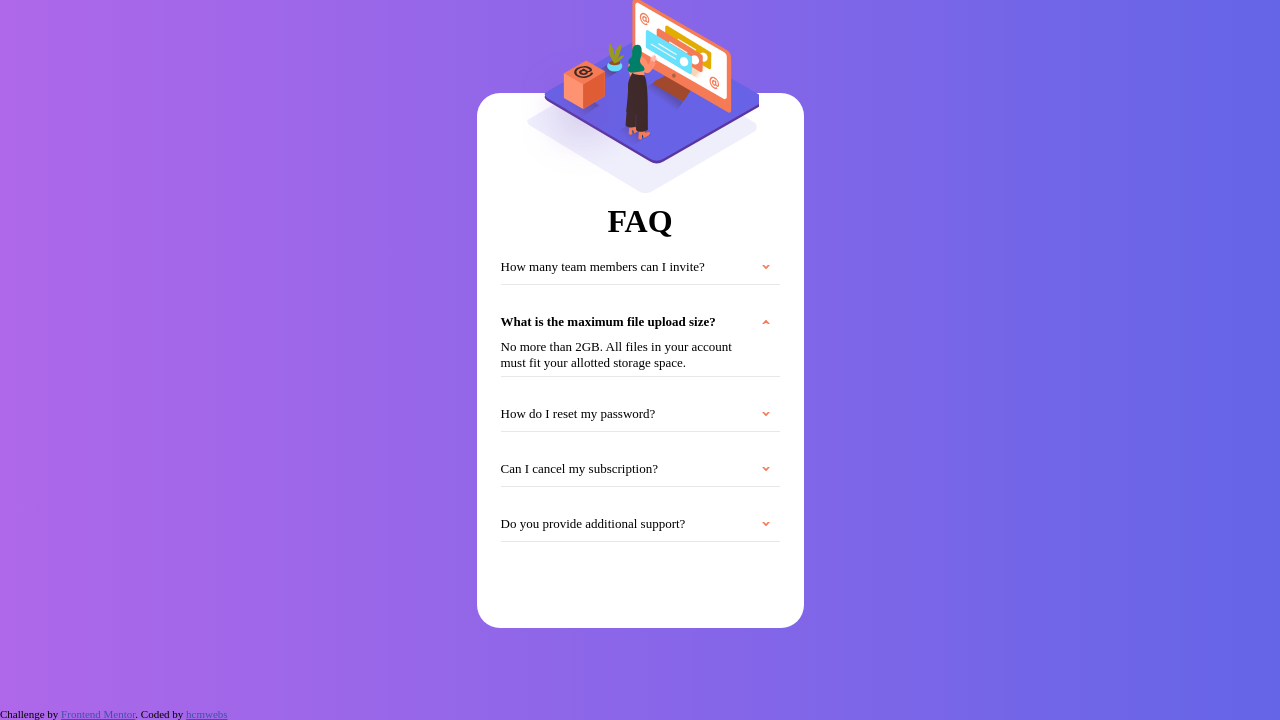
Repository: Hcmwebs/faq-accordion-card
Page: index.html
These files come from the project's save history. The page is drawn as it stood at one moment and after the next save; the edit follows.
The browser window is 1280 px wide. The pictures show the whole page.
The style sheet was rebuilt from its Sass, Less or Tailwind sources for each picture, by a compiler version that may differ from the author's.

Above is the page before, as saved 2020-11-06 12:53:20.

### index.html
<!DOCTYPE html>
<html lang="en">
  <head>
    <meta charset="UTF-8" />
    <meta name="viewport" content="width=device-width, initial-scale=1.0" />
    <!-- displays site properly based on user's device -->

    <link
      rel="icon"
      type="image/png"
      sizes="32x32"
      href="./images/favicon-32x32.png"
    />
    <link rel="stylesheet" href="css/main.min.css" />

    <title>Frontend Mentor | FAQ Accordion Card</title>

    <!-- Feel free to remove these styles or customise in your own stylesheet 👍 -->
    <style></style>
  </head>
  <body>
    <div class="container">
      <div class="card">
        <div class="card__header">
          <img
            src="/images/illustration-woman-online-mobile.svg"
            alt="image of a woman online"
          />
        </div>

        <div class="card__body">
          <h1 class="card__body--title">faq</h1>
          <div class="card__body--item">
            <div class="card__body--item--title">
              <h2>How many team members can I invite?</h2>
              <button>
                <img src="/images/icon-arrow-down.svg" alt="icon-arrow-down" />
              </button>
            </div>
            <p class="d-N">
              You can invite up to 2 additional users on the Free plan.There is
              no limit on team members for the Premium plan.
            </p>
            <div class="card__body--item--divider"></div>
          </div>

          <div class="card__body--item">
            <div class="card__body--item--title">
              <h2><strong>What is the maximum file upload size?</strong></h2>
              <button>
                <img
                  src="/images/icon-arrow-down.svg"
                  alt="icon-arrow-down"
                  class="rotate"
                />
              </button>
            </div>
            <p>
              No more than 2GB. All files in your account must fit your allotted
              storage space.
            </p>
            <div class="card__body--item--divider"></div>
          </div>

          <div class="card__body--item">
            <div class="card__body--item--title">
              <h2>How do I reset my password?</h2>
              <button>
                <img src="/images/icon-arrow-down.svg" alt="icon-arrow-down" />
              </button>
            </div>
            <p class="d-N">
              Click “Forgot password” from the login page or “Change password”
              from your profile page. A reset link will be emailed to you.
            </p>
            <div class="card__body--item--divider"></div>
          </div>

          <div class="card__body--item">
            <div class="card__body--item--title">
              <h2>Can I cancel my subscription?</h2>
              <button>
                <img src="/images/icon-arrow-down.svg" alt="icon-arrow-down" />
              </button>
            </div>
            <p class="d-N">
              Yes! Send us a message and we’ll process your request no questions
              asked.
            </p>
            <div class="card__body--item--divider"></div>
          </div>

          <div class="card__body--item">
            <div class="card__body--item--title">
              <h2>Do you provide additional support?</h2>
              <button>
                <img src="/images/icon-arrow-down.svg" alt="icon-arrow-down" />
              </button>
            </div>
            <p class="d-N">
              Chat and email support is available 24/7. Phone lines are open
              during normal business hours.
            </p>
            <div class="card__body--item--divider"></div>
          </div>
        </div>
      </div>
    </div>

    <div class="attribution">
      Challenge by
      <a href="https://www.frontendmentor.io?ref=challenge" target="_blank"
        >Frontend Mentor</a
      >. Coded by
      <a
        href="https://github.com/Hcmwebs/faq-accordion-card.git"
        target="_blank"
        rel="noopener noreferrer"
        >hcmwebs</a
      >
    </div>
  </body>
</html>

### scss/main.scss

// /*====fonts====*/

// @import url('https://fonts.googleapis.com/css2?family=Kumbh+Sans:wght@400;700&display=swap');

// $font-stack: 'Kumbh Sans',sans-serif;
// $font-size: 10px;
// $font-light: 400;
// $font-bold: 700;


// /*====primary color====*/
// /*====text-color====*/

// $veryDarkDesaturatedBlue: hsl(238, 29%, 16%);
// $softRed: hsl(14, 88%, 65%);

// /*====background -gradient====*/

// $gradientSoftViolet: hsl(273, 75%, 66%);
// $gradientSoftBlue: hsl(240, 73%, 65%);

// /*====Neutral color====*/
// /*====text-color====*/

// $veryDarkGrayishBlue: hsl(237, 12%, 33%);
// $darkGrayishBlue: hsl(240, 6%, 50%);

// /*====dividers-color====*/

// $dividersLightGrayishBlue: hsl(240, 5%, 91%);

@import 'variables';
@import 'mixins';


*{
  margin: 0;
  padding: 0;
  box-sizing: border-box;
}

.body{
width: 100%;
height: 100vh;
font-family: 'Kumbh Sans',sans-serif;
font-size: $font-size;
font-weight: $font-light;
@include grid($center, $center);
}

.container{
  width: 100%;
  height: 100vh;
  background: linear-gradient(90deg,$gradientSoftViolet 0%,$gradientSoftBlue 100%);
  @include flex($column, $center, $center);

  .card{
    width: 327px;
    height:535px;
    background:#fff url(/images/bg-pattern-mobile.svg) no-repeat 50px -130px;
    background-size: 230px 230px;
    border-radius:23px;
    padding: 10px;
    @include flex($column,$center,$center);
    position: relative;


    &__header{
      width: 237px;
      height: 180px;
      position: absolute;
      top: -65px;
      transform: translateY(-30px);

      img{
        width: 100%;
        height: 100%;
        object-fit: cover;

      }

    }


    &__body{
      width: 100%;
      height: 354px;
      padding:20px;
      @include grid($center,$center);
      grid-template-columns: 1fr;
      gap: 5px;


      &--title{
      font-weight: $font-bold;
      font-size: 32px;
      text-transform: uppercase;
      margin: 0 auto;
      }

      &--item{
        width: 279px;
        margin: 0 auto;
        padding: 10px;
        @include grid($center,$center);
        gap: 5px;
        cursor: pointer;
        transition: all 0.75s ease-in-out;

        &:hover{
          transform: scale(0.98);
          box-shadow: 0 2px 20px $darkGrayishBlue;
        }


        &--title{
          width: 279px;
          @include flex($row,$spaceBetween,$center);

          h2{
            font-size: 13px;
            font-weight: $font-light;
          }

          button{
            margin-left: 20px;
            padding: 10px;
            cursor: pointer;
            background-color: transparent;
            border: none;
            @include grid($center,$center);
            transition: all 0.75s ease-in-out;


            img{
              width: 8px;
              height: 4px;
              display: block;
              object-fit: cover;
              color:$softRed;

            }

          }
        }

        p{
          width: 85%;
          font-size: 13px;
        }

        &--divider{
          width: 100%;
          height: 1px;
          background-color:$dividersLightGrayishBlue;
        }
      }

    }

  }
}

.d-N {
  display:none;
}

.rotate{
  transform: rotate(180deg);
}


.attribution {

  font-size: 11px;
  text-align: center;
  position: absolute;
  bottom: 0;

}

.attribution a {
  color: hsl(228, 45%, 44%);
}


@import 'medias';

### scss/_variables.scss
/*====fonts====*/

@import url('https://fonts.googleapis.com/css2?family=Kumbh+Sans:wght@400;700&display=swap');

$font-stack: 'Kumbh Sans',sans-serif;
$font-size: 10px;
$font-light: 400;
$font-bold: 700;


/*====primary color====*/
/*====text-color====*/

$veryDarkDesaturatedBlue: hsl(238, 29%, 16%);
$softRed: hsl(14, 88%, 65%);

/*====background -gradient====*/

$gradientSoftViolet: hsl(273, 75%, 66%) ;
$gradientSoftBlue: hsl(240, 73%, 65%);

/*====Neutral color====*/
/*====text-color====*/

$veryDarkGrayishBlue: hsl(237, 12%, 33%);
$darkGrayishBlue: hsl(240, 6%, 50%);

/*====dividers-color====*/

$dividersLightGrayishBlue: hsl(240, 5%, 91%);


/*====alignments====*/
$flexStart: flex-start;
$flexEnd: flex-End;
$center: center;
$spaceAround: space-around;
$spaceBetween: space-between;


/*====placeItems====*/

$placeItems: place-items;


/*====justify====*/

$justify: justify-content;

/*====align====*/
$align: align-items;

/*====direction====*/
$direction: flex-direction;
$row:row;
$column:column;

### scss/_mixins.scss
/*====grid====*/
@mixin grid ($justify,$align){

  display: grid;
  justify-content: $justify;
  align-items: $align;
}

@mixin flex ($direction, $justify, $align) {
  display: flex;
  flex-direction: $direction;
  justify-content: $justify;
  align-items: $align;

}

### scss/_medias.scss
/*====Mobile: 375px;====*/
/*====Desktop: 1440px;====*/


@media(max-width: 1440px){
  .container{
    min-width: 800px;

    .card{
      background-image:url(/images/bg-pattern-desktop.svg);
    }
  }
}

@media(max-width:375px){
  .container{
    min-width:320px;
  }
}

After the next save:
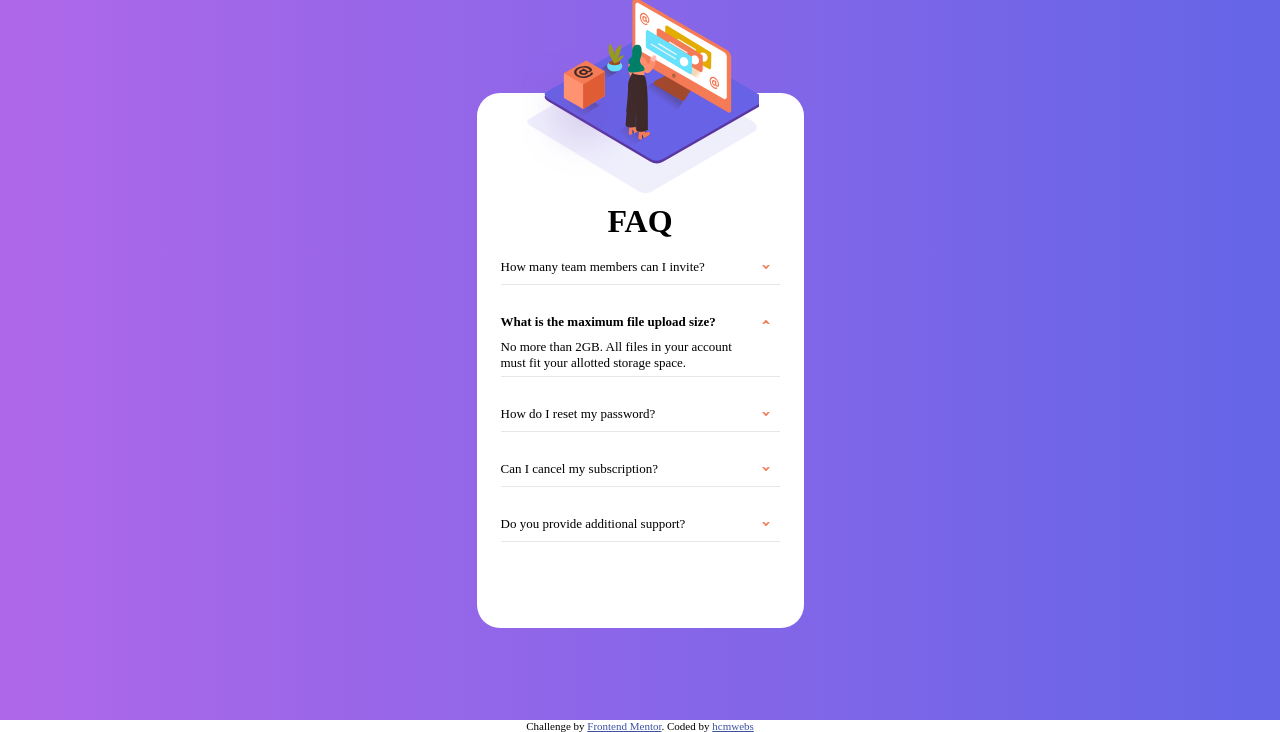
Saved 29 s later.
--- a/scss/main.scss
+++ b/scss/main.scss
@@ -175,8 +175,8 @@ font-weight: $font-light;
 
   font-size: 11px;
   text-align: center;
-  position: absolute;
-  bottom: 0;
+
+
 
 }
 
